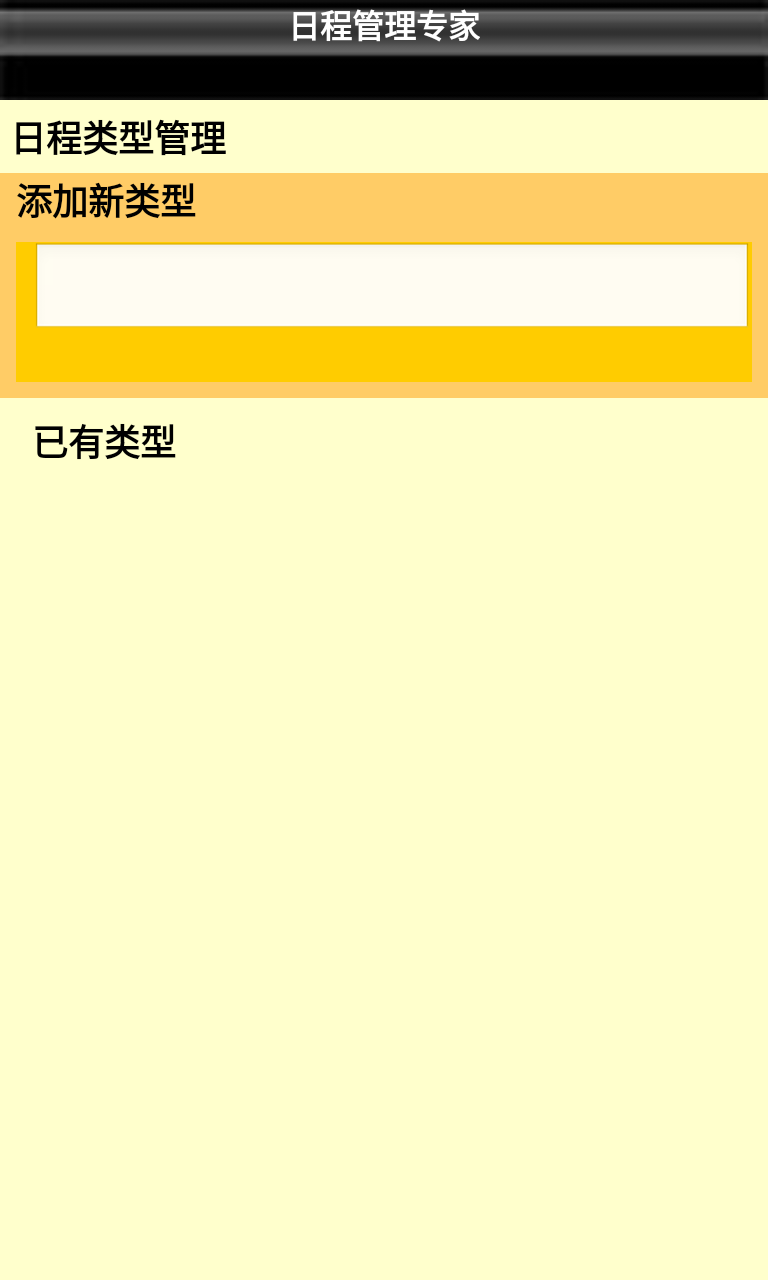
Repository: gogolaile/CoolWeather
Layout: DayDel/res/layout/add.xml
These files come from the project's save history. The layout is drawn as it stood at one moment and after the next save; the edit follows.
It is drawn on a 768 x 1280 px phone screen (xhdpi) without system bars, with theme android:Theme.NoTitleBar.Fullscreen; the app's code is not run. Lists and similar views that code fills are empty.

Above is the layout before, as saved 2015-12-05 09:57:14.

### DayDel/res/layout/add.xml
<LinearLayout xmlns:android="http://schemas.android.com/apk/res/android"
    android:layout_width="match_parent"
    android:layout_height="match_parent"
    android:background="#FFFFCC"
    android:orientation="vertical">

    <FrameLayout
        android:layout_width="match_parent"
        android:layout_height="50dp"
        android:background="@drawable/title">
    <TextView
        android:layout_width="wrap_content"
        android:layout_height="wrap_content"
        android:text="@string/day_manager"
        android:textSize="16sp"
        android:textColor="#FFFF"
        android:textStyle="bold"
        android:layout_gravity="center_horizontal"
        />
     </FrameLayout>
    <TextView
        android:layout_width="wrap_content"
        android:layout_height="wrap_content"
        android:text="@string/daytype_manage"
        android:textSize="18sp"
        android:textColor="#000"
        android:textStyle="bold"
        android:layout_margin="5dp"/>
      <LinearLayout
          android:layout_width="match_parent"
          android:layout_height="wrap_content"
          android:orientation="vertical"
          android:background="#FFCC66">
        <TextView
           android:layout_width="wrap_content"
           android:layout_height="wrap_content"
           android:text="@string/add_new_type"
           android:textColor="#000"
           android:textStyle="bold"
           android:textSize="18sp"
           android:layout_marginLeft="8dp"
            />
           <LinearLayout
                      android:layout_width="match_parent"
                      android:layout_height="wrap_content"
                      android:layout_margin="8dp"
                      android:background="#FFCC00"
                      android:orientation="horizontal">
                    <EditText
                        android:id="@+id/add_type_edit"
                        android:layout_width="match_parent"
                        android:layout_height="wrap_content"
                        android:textColor="#000"
                        android:textStyle="bold"
                        android:textSize="18sp"
                        android:layout_marginLeft="8dp"/>
                    <Button
                        android:id="@+id/add_type_button"
                        android:layout_width="wrap_content"
                        android:layout_height="wrap_content"
                        android:text="@string/add"
                        android:textColor="#000"
                        android:textStyle="bold"
                        android:textSize="18sp"
                        android:layout_gravity="left"
                      />
              </LinearLayout>
     </LinearLayout>
           <LinearLayout
          android:layout_width="match_parent"
          android:layout_height="wrap_content"
          android:orientation="vertical"
          android:layout_marginTop="8dp"
          android:layout_marginLeft="8dp"
          android:layout_marginRight="8dp">
          <TextView
           android:layout_width="wrap_content"
           android:layout_height="wrap_content"
           android:text="@string/existing_type"
           android:textColor="#000"
           android:textStyle="bold"
           android:textSize="18sp"
           android:layout_marginLeft="8dp"
                 />
     <ListView
             android:layout_width="match_parent"
             android:layout_height="match_parent"
             android:background="#FFCC66"
             android:layout_marginLeft="5dp"
             android:layout_marginRight="5dp"
             android:layout_marginBottom="15dp">
     </ListView>
     </LinearLayout>
</LinearLayout>

### DayDel/res/values/strings.xml
<?xml version="1.0" encoding="utf-8"?>
<resources>

    <string name="app_name">DayDel</string>
    <string name="hello_world">Hello world!</string>
    <string name="action_settings">Settings</string>
    <string name="day_manager">日程管理专家</string>
    <string name="duty">已有日程</string>
    <string name="type">类型</string>
    <string name="theme">主题</string>
    <string name="remark">备注</string>
    <string name="add">添加</string>
    <string name="comeback">返回上一页</string>
    <string name="add_new_type">添加新类型</string>
    <string name="type_manager">类型管理</string>
    <string name="existing_type">已有类型</string>
    <string name="complete">完成</string>
    <string name="cancel">取消</string>
    <string name="set_the_alarm">设置闹钟</string>
    <string name="set_the_time">设置日期和时间</string>
    <string name="edit">更改</string>
    <string name="search">搜索</string>
    <string name="search_result">查找结果</string>
    <string name="limited_date_range">限定日期范围</string>
    <string name="conditions_search">按条件搜索</string>
    <string name="search_from">从指定类型中搜索</string>
    <string name="choose_all_type">选定以上所有类型</string>
    <string name="metting">会议</string>
    <string name="memo">备忘</string>
    <string name="date">约会</string>
    <string name="backlog">待办</string>
    <string name="date_changed">修改日程</string>
    <string name="date_build">新建日程</string>
    <string name="day">日期:2011/06/19</string>
    <string name="time">时间:08:00</string>
    <string name="alarm">闹钟:无闹钟</string>
    <string name="daytype_manage">日程类型管理</string>
</resources>

After the next save:
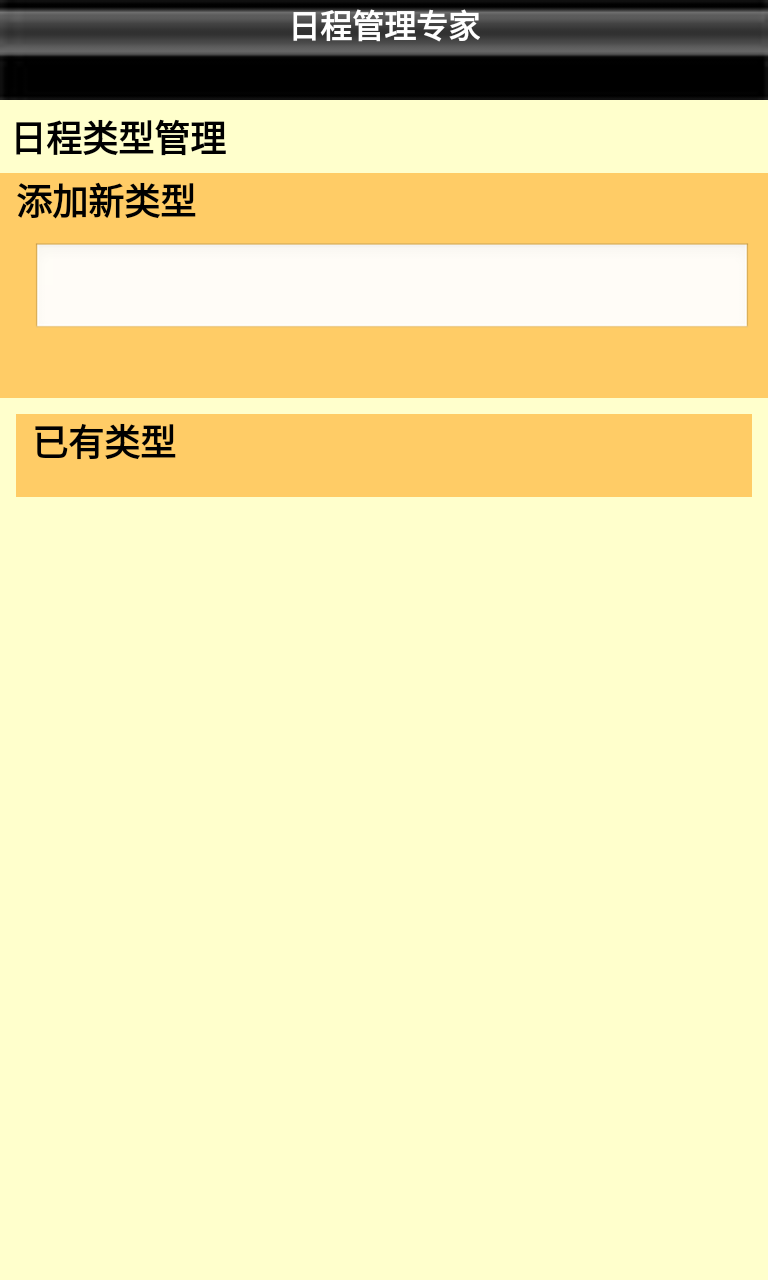
Saved 2 min 58 s later.
--- a/DayDel/res/layout/add.xml
+++ b/DayDel/res/layout/add.xml
@@ -44,7 +44,6 @@
                       android:layout_width="match_parent"
                       android:layout_height="wrap_content"
                       android:layout_margin="8dp"
-                      android:background="#FFCC00"
                       android:orientation="horizontal">
                     <EditText
                         android:id="@+id/add_type_edit"
@@ -70,6 +69,7 @@
           android:layout_width="match_parent"
           android:layout_height="wrap_content"
           android:orientation="vertical"
+          android:background="#FFCC66"
           android:layout_marginTop="8dp"
           android:layout_marginLeft="8dp"
           android:layout_marginRight="8dp">
